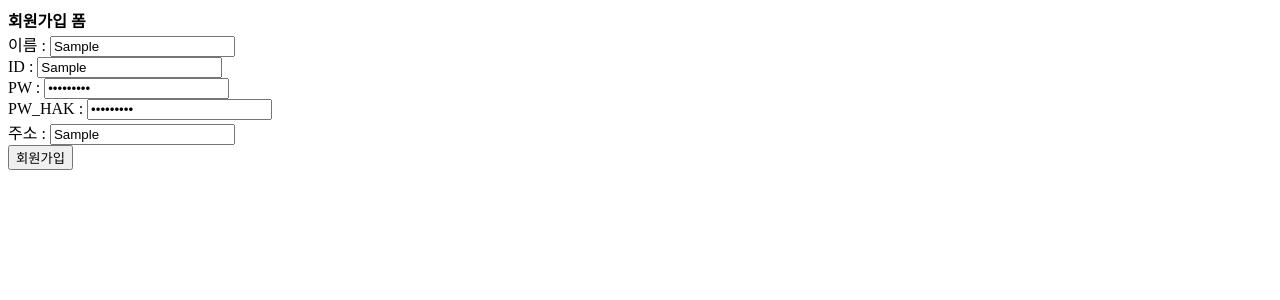
Repository: HongEunbeen/JSP-code
Page: http://localhost/Login_Project/insert.jsp
These files come from the project's save history. The page is drawn as it stood at one moment and after the next save; the edit follows.
The browser window is 1280 px wide. The pictures show the whole page.
Empty fields were first filled with sample values (such as "Sample", 5 or name@example.com).
After loading, the first visible `input[onclick="insert()"]` was clicked once.
The page is served by Tomcat 9.

Above is the page before, as saved 2019-04-02 06:56:20.
Console error: TypeError: document.frm01.pw.equal is not a function

After the next save:
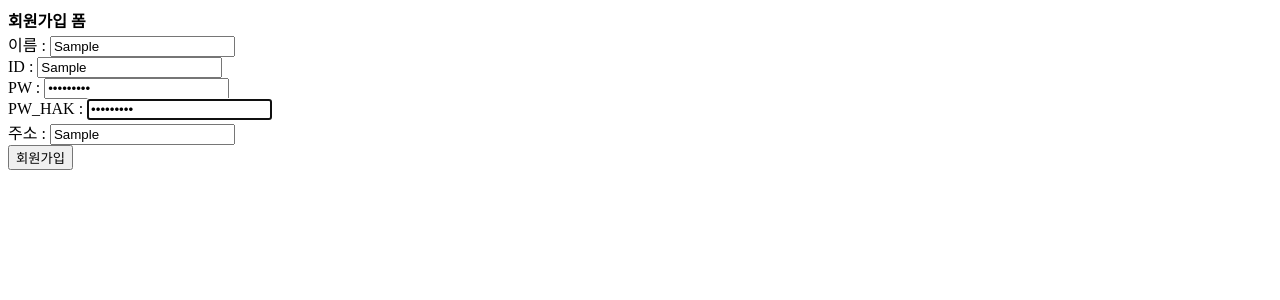
The error is gone.
Saved 10 s later.
--- a/Login_Project/WebContent/insert.jsp
+++ b/Login_Project/WebContent/insert.jsp
@@ -5,7 +5,7 @@
 <head>
 <script type="text/javascript">
 	 function insert(){
-		 if(document.frm01.pw.equal(document.frm01.pw_hak)){
+		 if(document.frm01.pw == document.frm01.pw_hak){
 			 frm01.submit();
 		 }else{
 			 alert("비밀번호를 다시 확인해 주세요");
